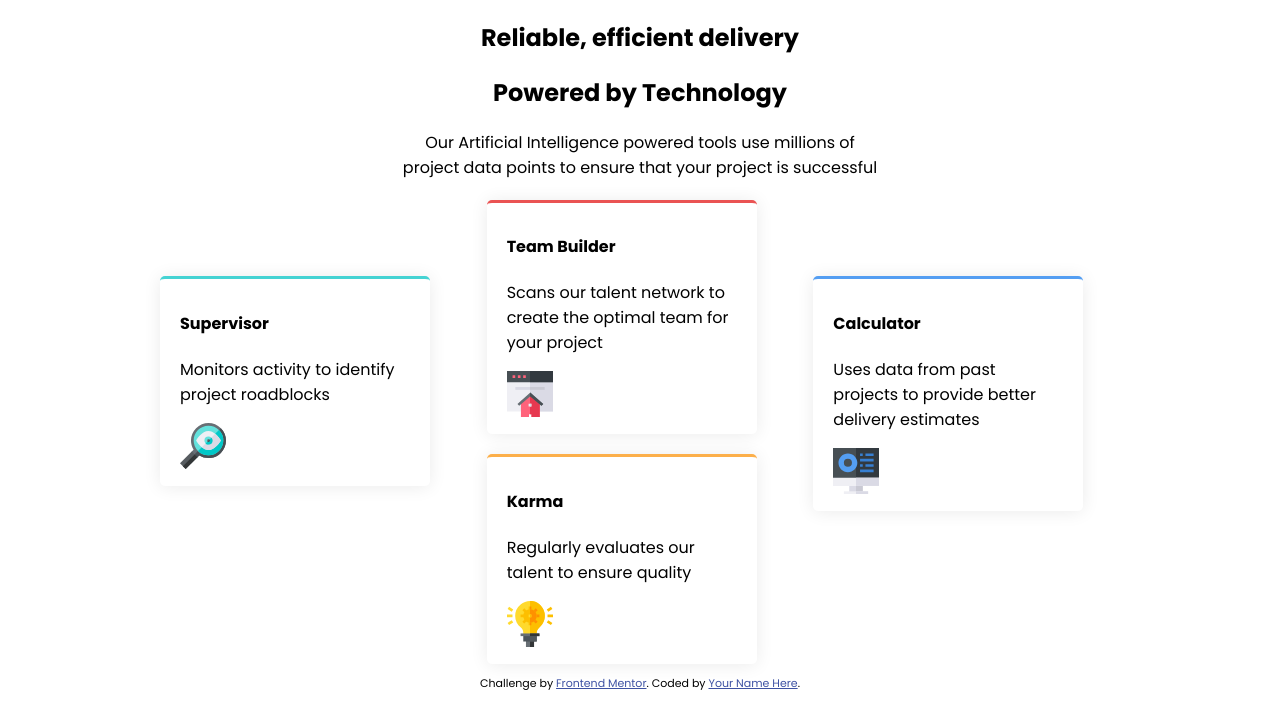
Repository: BuduCE/four-card-feature-section-master
Page: index.html
An editor plug-in stored every save of this project. The page is shown before and after a run of saves, followed by the edit.
The browser window is 1280 px wide. The pictures show the whole page.

Above is the page before, as saved 2023-06-01 22:39:47.

### index.html
<!DOCTYPE html>
<html lang="en">
<head>
  <meta charset="UTF-8">
  <meta name="viewport" content="width=device-width, initial-scale=1.0"> <!-- displays site properly based on user's device -->

  <link rel="icon" type="image/png" sizes="32x32" href="./images/favicon-32x32.png">

  <title>Frontend Mentor | Four card feature section</title>

  <link rel="stylesheet" href="styles.css">
  <!-- Gogle font family -->
  <link rel="preconnect" href="https://fonts.googleapis.com">
  <link rel="preconnect" href="https://fonts.gstatic.com" crossorigin>
  <link
    href="https://fonts.googleapis.com/css2?family=Montserrat:ital,wght@0,200;0,300;0,400;0,500;0,600;0,700;0,800;0,900;1,200;1,300;1,400;1,500;1,600;1,700;1,800;1,900&family=Poppins:wght@100;200;300;400;500;700;900&display=swap"
    rel="stylesheet">
</head>
<body>
  <h2>Reliable, efficient delivery</h2>
  <h2>Powered by Technology</h2>

  <p class="header_detail">Our Artificial Intelligence powered tools use millions of project data points
  to ensure that your project is successful</p>

  <div class="product_card">
    <div class="card_containers">
      <div class="card specialX a">
        <h4>Supervisor</h4>
        <p>Monitors activity to identify project roadblocks</p>
        <img src="./images/icon-supervisor.svg" alt="">
      </div>
    </div>

    <div class="card_containers special">
      <div class="card b">
        <h4>Team Builder</h4>
        <p>Scans our talent network to create the optimal team for your project</p>
        <img src="./images/icon-team-builder.svg" alt="">
      </div>

      <div class="card c">
        <h4>Karma</h4>
        <p>Regularly evaluates our talent to ensure quality</p>
        <img src="./images/icon-karma.svg" alt="">
      </div>
    </div>

    <div class="card_containers">
      <div class="card specialX d">
        <h4>Calculator</h4>
        <p>Uses data from past projects to provide better delivery estimates</p>
        <img src="./images/icon-calculator.svg" alt="">
      </div>
    </div>
  </div>

  <footer>
    <p class="attribution">
      Challenge by <a href="https://www.frontendmentor.io?ref=challenge" target="_blank">Frontend Mentor</a>.
      Coded by <a href="#">Your Name Here</a>.
    </p>
  </footer>
</body>
</html>

### styles.css
.attribution {
    font-size: 11px;
    text-align: center;
}

.attribution a {
    color: hsl(228, 45%, 44%);
}

body {
    font-family: 'Poppins', sans-serif;
    text-align: center;
    width: 75%;
    margin: auto;
}
.header_detail{
    width: 50%;
    margin: auto;
}
.product_card{
    display: grid;
    grid-template-columns: 1fr 1fr 1fr;
    /* display: flex;
    align-items: center; */
    gap: 20px;
    width: 100%;
    margin: auto;
    margin-top: 20px;
}
.card{
    padding: 10px 20px;
    width: 75%;
    text-align: left;
    -webkit-box-shadow: 0px 1px 18px 0px rgba(235, 235, 235, 1);
        -moz-box-shadow: 0px 1px 18px 0px rgba(235, 235, 235, 1);
        box-shadow: 0px 1px 18px 0px rgba(235, 235, 235, 1);
        border-radius: 5px;
}
.specialX{
    margin-top: 25%;
}
.special{
    display: flex;
    flex-direction: column;
    gap: 20px;
}
.a{
    border-top: 3px solid hsl(180, 62%, 55%);
}
.b{
    border-top: 3px solid hsl(0, 78%, 62%);
}
.c{
    border-top: 3px solid hsl(34, 97%, 64%);
}
.d{
    border-top: 3px solid hsl(212, 86%, 64%);
}
.card img{
    width: 20%;

}

### images/icon-supervisor.svg
<svg xmlns="http://www.w3.org/2000/svg" width="64" height="64"><g fill="none"><path fill="#676E74" d="M56.842 7.158c-9.526-9.563-24.902-9.525-34.428 0-8.025 8.026-9.45 20.44-3.525 30.003l-2.513 2.55-1.356 6.144 4.214 4.214 5.093-2.408 2.512-2.55a24.254 24.254 0 0030.003-3.525c9.563-9.526 9.525-24.902 0-34.428z"/><path fill="#474F54" d="M24.327 47.661l2.512-2.55a24.254 24.254 0 0030.003-3.525c9.563-9.526 9.525-24.902 0-34.428l-40.26 40.26 2.652 2.651 5.093-2.408z"/><path fill="#64E1DC" d="M54.213 9.787a20.56 20.56 0 00-14.585-6.041C28.236 3.746 19 12.98 19 24.372a20.564 20.564 0 006.041 14.586 20.564 20.564 0 0014.586 6.04c11.392 0 20.626-9.234 20.626-20.626a20.56 20.56 0 00-6.041-14.585z"/><path fill="#00C8C8" d="M60.254 24.372a20.56 20.56 0 00-6.041-14.585l-29.17 29.17A20.564 20.564 0 0039.627 45c11.392 0 20.626-9.235 20.626-20.627z"/><path fill="#EFEFF4" d="M56.239 23.41c-.184-.307-2.98-4.914-7.281-8.368-2.63-2.113-5.822-3.796-9.33-3.796-9.242 0-16.314 11.669-16.61 12.165l-.576.961.575.961c.184.309 2.98 4.916 7.28 8.37 2.631 2.112 5.823 3.795 9.33 3.795 9.243 0 16.315-11.668 16.612-12.165l.574-.96-.574-.962z"/><path fill="#DADAE5" d="M56.239 25.333l.574-.96-.574-.962c-.184-.308-2.98-4.915-7.281-8.369l-18.66 18.66c2.63 2.113 5.822 3.796 9.33 3.796 9.242 0 16.314-11.668 16.61-12.165z"/><path fill="#64E1DC" d="M43.604 20.396a5.607 5.607 0 00-3.976-1.65 5.632 5.632 0 00-5.626 5.626c0 1.551.631 2.958 1.65 3.976a5.609 5.609 0 003.976 1.65 5.632 5.632 0 005.625-5.626c0-1.55-.63-2.957-1.649-3.976z"/><path fill="#00C8C8" d="M45.253 24.372c0-1.55-.63-2.957-1.649-3.976l-7.952 7.952a5.608 5.608 0 003.976 1.65 5.632 5.632 0 005.625-5.626z"/><path fill="#676E74" d="M40.954 23.046a1.876 1.876 0 10-1.326 3.2 1.876 1.876 0 001.326-3.2z"/><path fill="#474F54" d="M41.503 24.372c0-.517-.21-.986-.55-1.326l-2.65 2.652a1.876 1.876 0 003.2-1.326z"/><path fill="#575C60" d="M20.333 43.667l-3.957-3.957L0 56.049l3.975 3.976L7.951 64l16.376-16.339z"/><path fill="#333637" d="M24.327 47.661l-3.994-3.994L3.975 60.025 7.951 64z"/></g></svg>

After the next 2 saves:
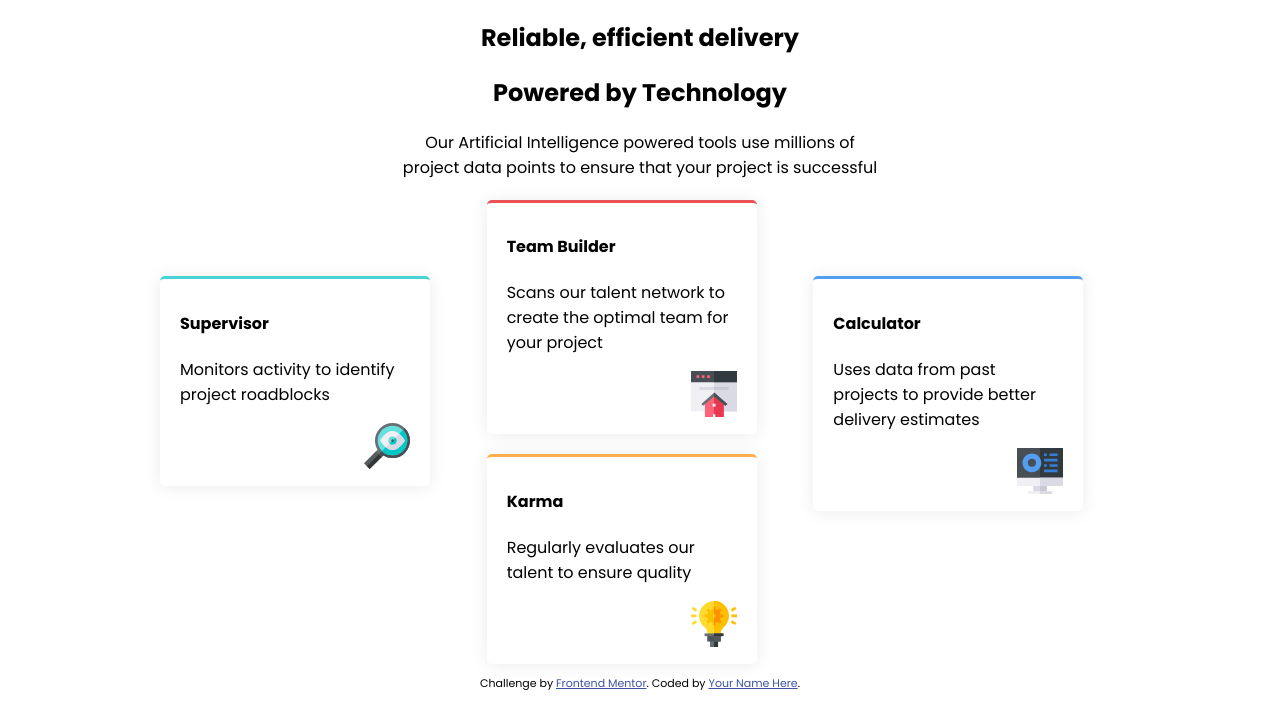
The 2 saves are shown as one change because they came seconds apart.
The last was saved 9 s later.
--- a/styles.css
+++ b/styles.css
@@ -58,5 +58,5 @@ body {
 }
 .card img{
     width: 20%;
-
+    margin-left: 80%;
 }
